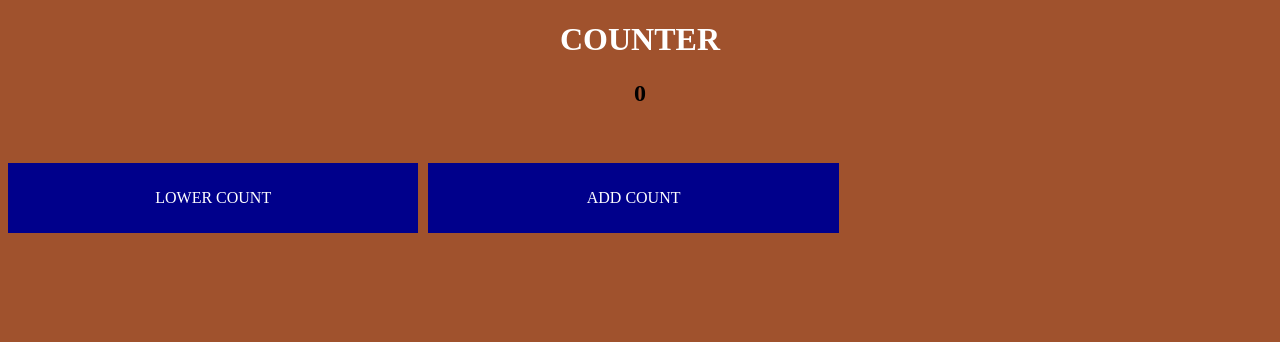
Repository: Seryozha02/Calculator
Page: calculator.html
These files come from the project's save history. The page is drawn as it stood at one moment and after the next save; the edit follows.
The browser window is 1280 px wide. The pictures show the whole page.

Above is the page before, as saved 2022-02-14 17:00:49.

### calculator.html
<!DOCTYPE html>
<html lang="en">

<head>
    <meta charset="UTF-8">
    <meta http-equiv="X-UA-Compatible" content="IE=edge">
    <meta name="viewport" content="width=4, initial-scale=1.0">
    <link rel="stylesheet" href="./calculator.css">
    <title>Calculator</title>
</head>

<body>
    <h1>COUNTER</h1>
    <strong><h2>0</h2></strong>
    <br><br>
    <div class="row">
        <div class="column">
            <div class="card">
                <p><i class="fa fa-user"></i></p>
                <p>LOWER COUNT</p>
            </div>
        </div>

        <div class="column">
            <div class="card">
                <p><i class="fa fa-smile-o"></i></p>
                <p>ADD COUNT</p>
            </div>
        </div>
    </div>
</body>
<script src="./calculator.js"></script>
</body>

</html>

### calculator.css
h1 {
    color: white;
}
html{
    background-color: sienna;
}

h2{
    height:
}

* {
    box-sizing: border-box;
}

body {
    text-align: center;
}

/* Float columns */
.column {
    float: left;
    width: 33%;
    padding: 0 5px;
}

.row {
    margin: 0 -5px;
}

.row:after {
    content: "";
    display: table;
}

/* Style the cards */
.card {
    padding: 10px;
    text-align: center;
    background-color: darkblue;
    color: white;
    }

.card:hover {
    transform: scale(1.1);
    background-color: black;
    transition-duration: 2s;
    color: white;
}

.fa {
    font-size: 50px;
}

Loaded but not shown: calculator.js (no copy from this time; the picture is the same without it)

After the next save:
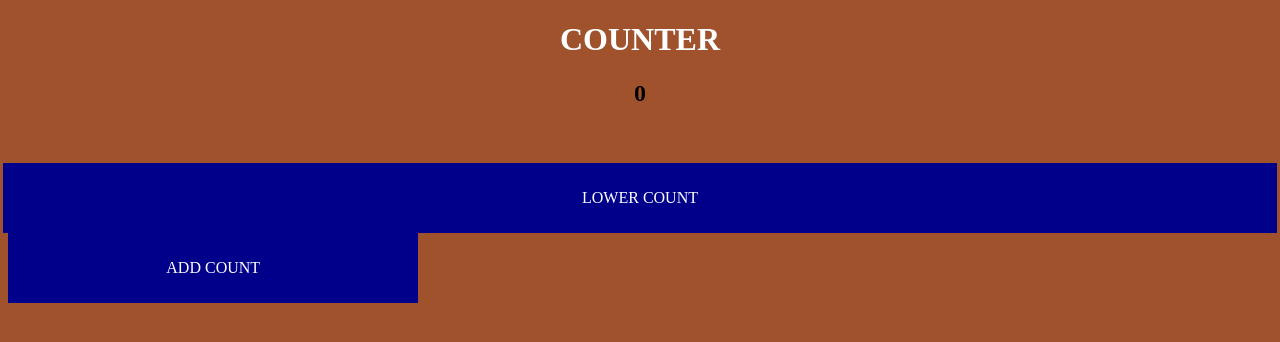
Saved 31 s later.
--- a/calculator.html
+++ b/calculator.html
@@ -14,7 +14,7 @@
     <strong><h2>0</h2></strong>
     <br><br>
     <div class="row">
-        <div class="column">
+        <div class="column1">
             <div class="card">
                 <p><i class="fa fa-user"></i></p>
                 <p>LOWER COUNT</p>
